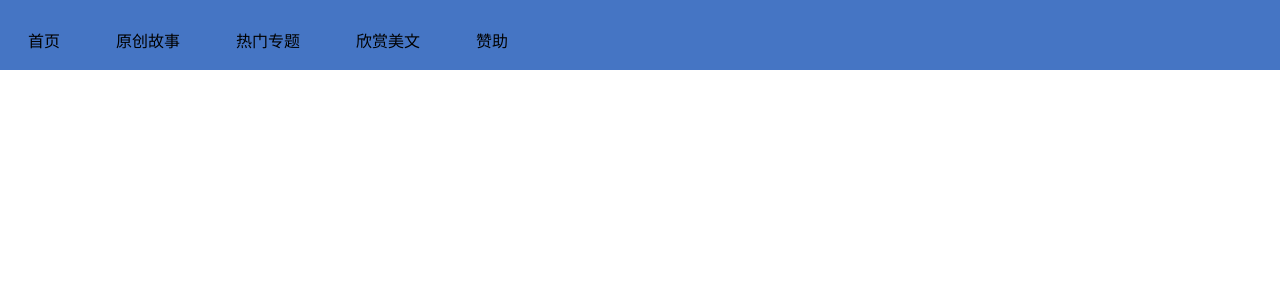
Repository: equation-zheng/Article
Page: http://localhost/Idles/
These files come from the project's save history. The page is drawn as it stood at one moment and after the next save; the edit follows.
The browser window is 1280 px wide. The pictures show the whole page.
The page is served by Tomcat 9. Other server files are loaded and not shown.

Above is the page before, as saved 2017-12-05 08:37:52.

### Service/apache-tomcat-7.0.82/Idles/WebContent/index.jsp
<?xml version="1.0" encoding="UTF-8" ?>
<%@ page language="java" contentType="text/html; charset=UTF-8"
    pageEncoding="UTF-8"%>
<!DOCTYPE html PUBLIC "-//W3C//DTD XHTML 1.0 Transitional//EN" "http://www.w3.org/TR/xhtml1/DTD/xhtml1-transitional.dtd">
<html xmlns="http://www.w3.org/1999/xhtml">
<head>
<meta http-equiv="Content-Type" content="text/html; charset=UTF-8" />
<title>首页</title>
</head>
<style>
	*{
		margin: 0;
		padding: 0;
	}
	.header{
		height: 70px;
		background: #4575C4;
	}
	.header ul li {
	list-style: none;
		float: left;
		margin: 28px;
	}

</style>
<body>
	<div class="header">
		<ul>
			<li>首页</li>
			<li>原创故事</li>
			<li>热门专题</li>
			<li>欣赏美文</li>
			<li>赞助</li>
		</ul>
	</div>
</body>
</html>

After the next save:
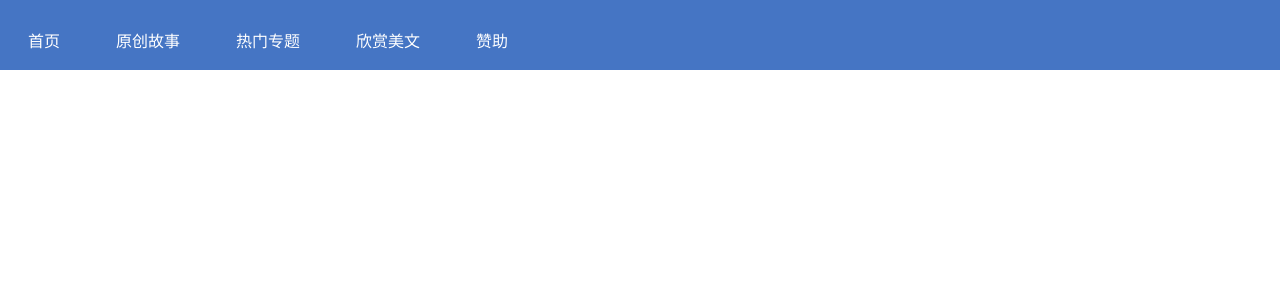
Saved 14 s later.
--- a/Service/apache-tomcat-7.0.82/Idles/WebContent/index.jsp
+++ b/Service/apache-tomcat-7.0.82/Idles/WebContent/index.jsp
@@ -20,6 +20,7 @@
 	list-style: none;
 		float: left;
 		margin: 28px;
+		color: #fff;
 	}
 
 </style>
